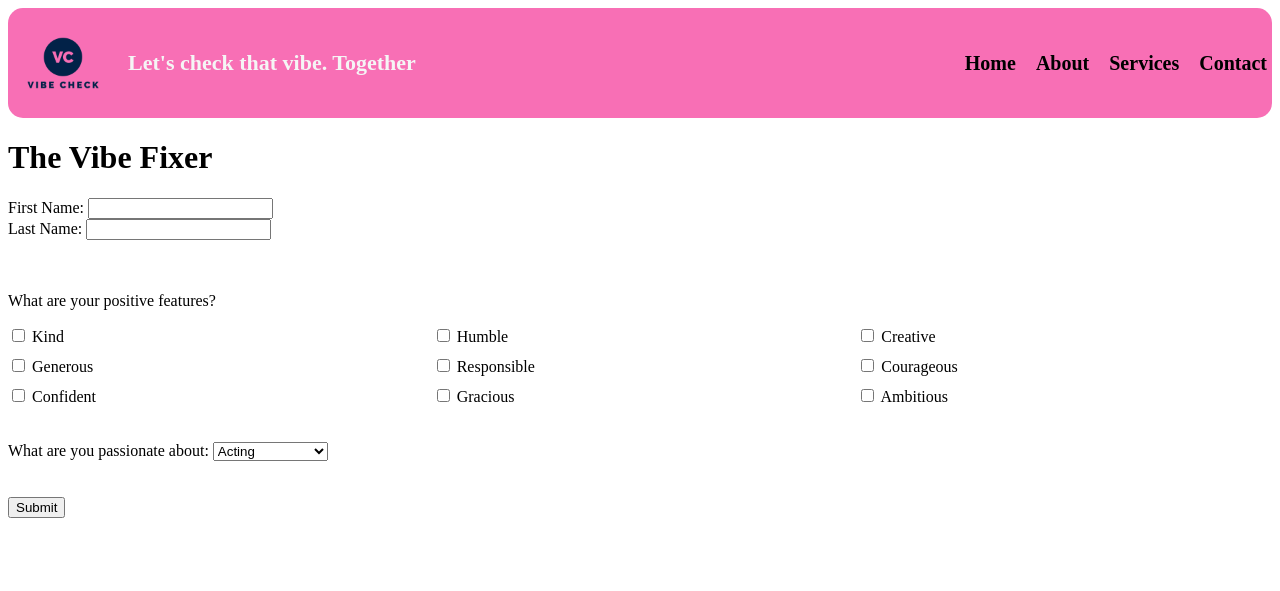
Repository: Chadloswald/Dis-Service
Page: docs/index.html
The author's editor kept a copy of each file at every save. The page is drawn from the files as they stood at one save, then again after the next save.
The browser window is 1280 px wide. The pictures show the whole page.

Above is the page before, as saved 2023-05-02 10:58:41.

After the next save:
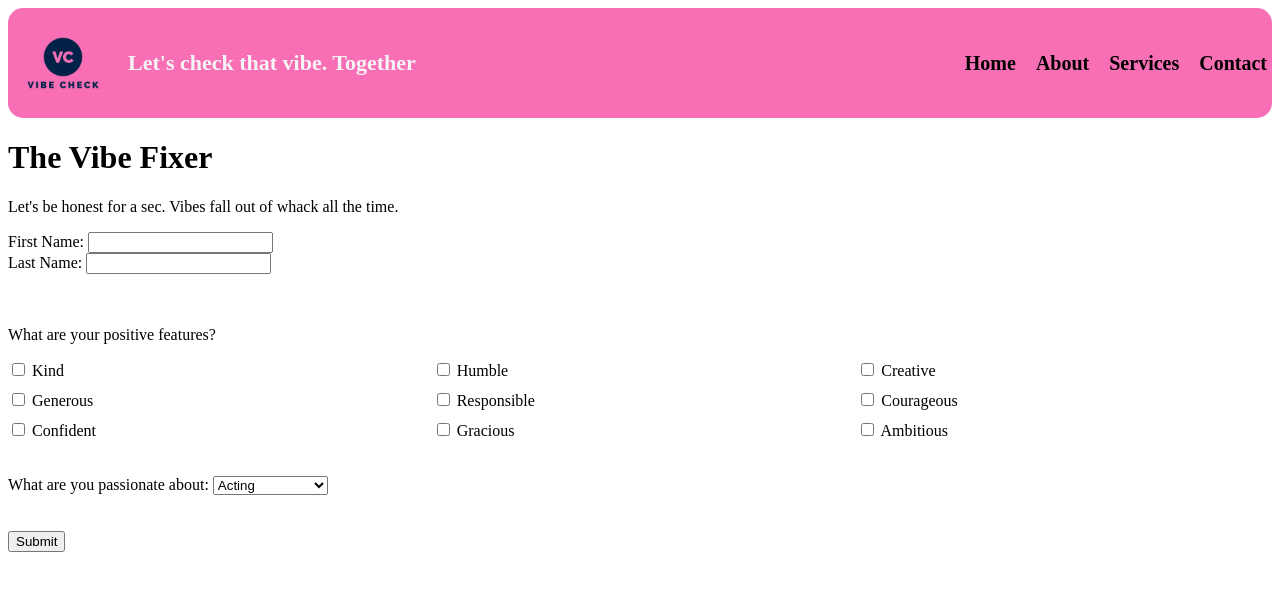
Saved 55 s later.
--- a/docs/index.html
+++ b/docs/index.html
@@ -21,7 +21,7 @@
 		</nav>
 	  </header>
 	<h1>The Vibe Fixer</h1>
-
+	  <p>Let's be honest for a sec. Vibes fall out of whack all the time. </p>
 	<form>
 
 		<label>
